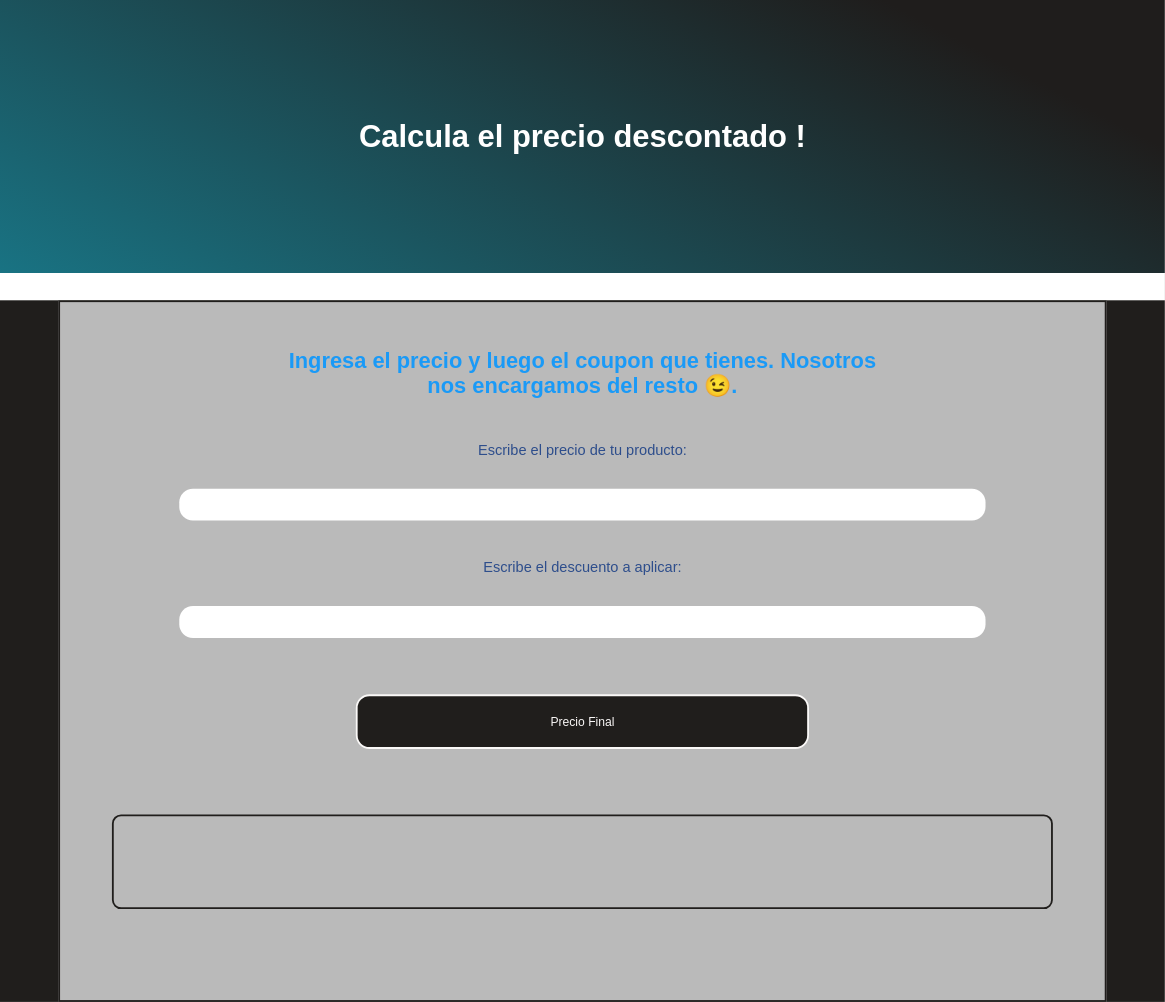
Repository: ChristianGecchelin/javascript-project
Page: javascript-project/descuentos y porcentajes/descuentos.html
These files come from the project's save history. The page is drawn as it stood at one moment and after the next save; the edit follows.
The browser window is 1280 px wide. The pictures show the whole page, at 91% of full size.

Above is the page before, as saved 2021-12-05 18:42:04.

After the next save:
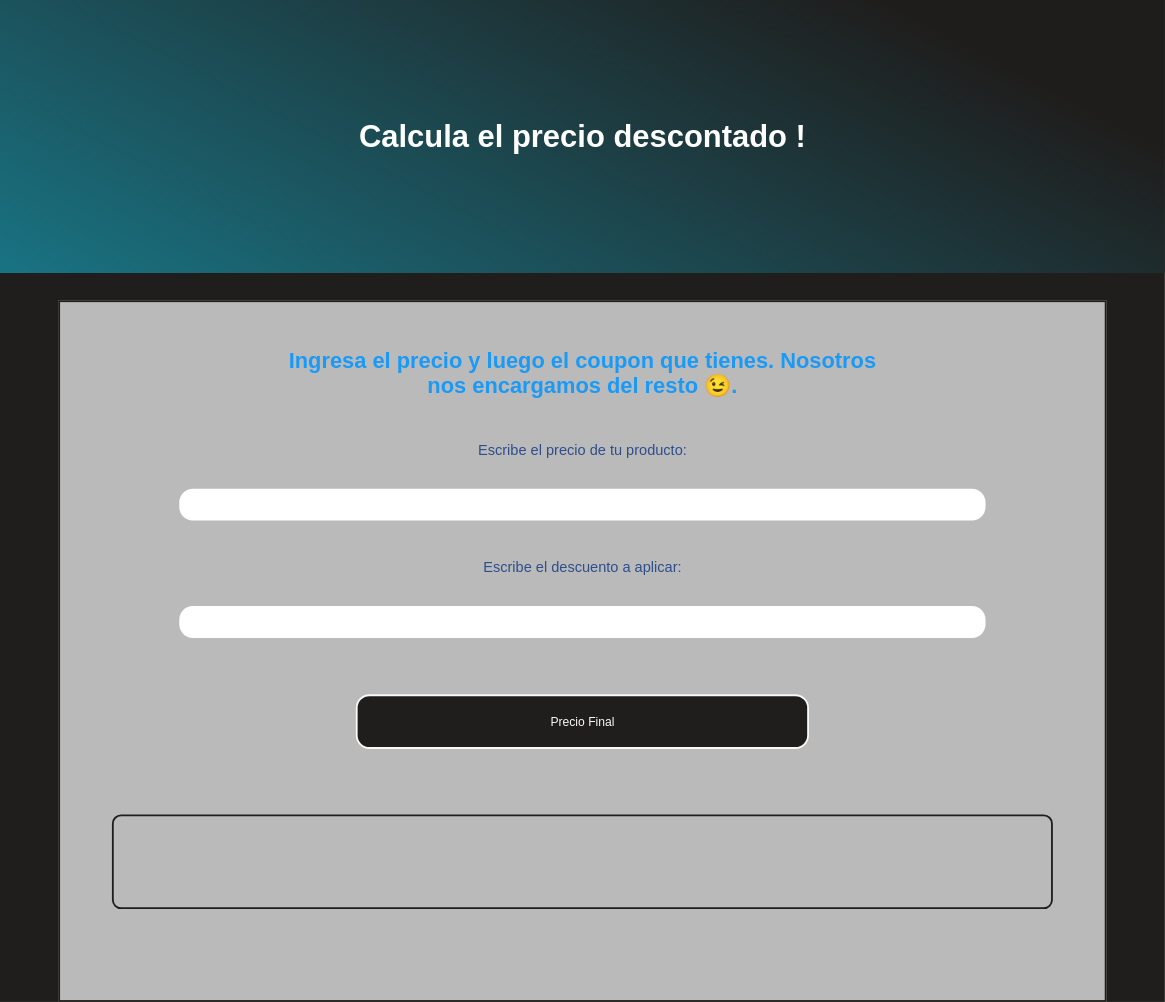
Saved 62 s later.
--- a/javascript-project/descuentos y porcentajes/style.css
+++ b/javascript-project/descuentos y porcentajes/style.css
@@ -17,6 +17,9 @@
 html {
   font-size: 62.5%;
   font-family: "DM Sans", sans-serif;
+}
+body {
+  background-color: var(--warm-black);
 }
 header {
   position: relative;
@@ -47,7 +50,6 @@ header .header--title-container h1 {
   color: var(--just-white);
 }
 main {
-  background-color: var(--warm-black);
 }
 .title-container {
   width: 90%;
